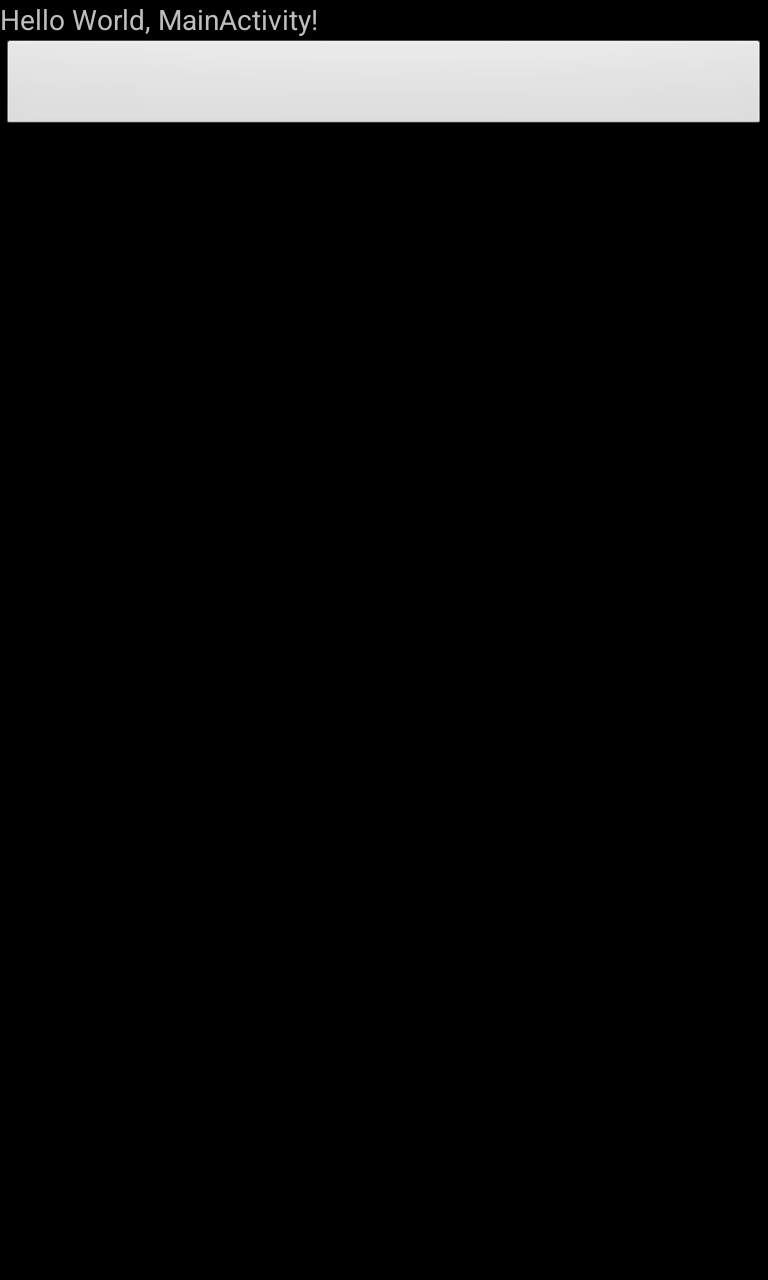
Repository: fangbao/Google_Android
Layout: Android_space2/Activity_02/res/layout/main.xml
The author's editor kept a copy of each file at every save. The layout is drawn from the files as they stood at one save, then again after the next save.
It is drawn on a 768 x 1280 px phone screen (xhdpi) without system bars, with theme android:Theme; the app's code is not run.

Above is the layout before, as saved 2011-12-29 16:15:18.

### Android_space2/Activity_02/res/layout/main.xml
<?xml version="1.0" encoding="utf-8"?>
<LinearLayout xmlns:android="http://schemas.android.com/apk/res/android"
    android:layout_width="fill_parent"
    android:layout_height="fill_parent"
    android:orientation="vertical" >

    <TextView
        android:layout_width="fill_parent"
        android:layout_height="wrap_content"
        android:text="@string/hello" />
	<Button
	    android:id="@+id/btn1"
	    android:layout_width="fill_parent"
        android:layout_height="wrap_content"
	    />
</LinearLayout>

### Android_space2/Activity_02/res/values/strings.xml
<?xml version="1.0" encoding="utf-8"?>
<resources>

    <string name="hello">Hello World, MainActivity!</string>
    <string name="app_name">Activity_02</string>

</resources>

After the next save:
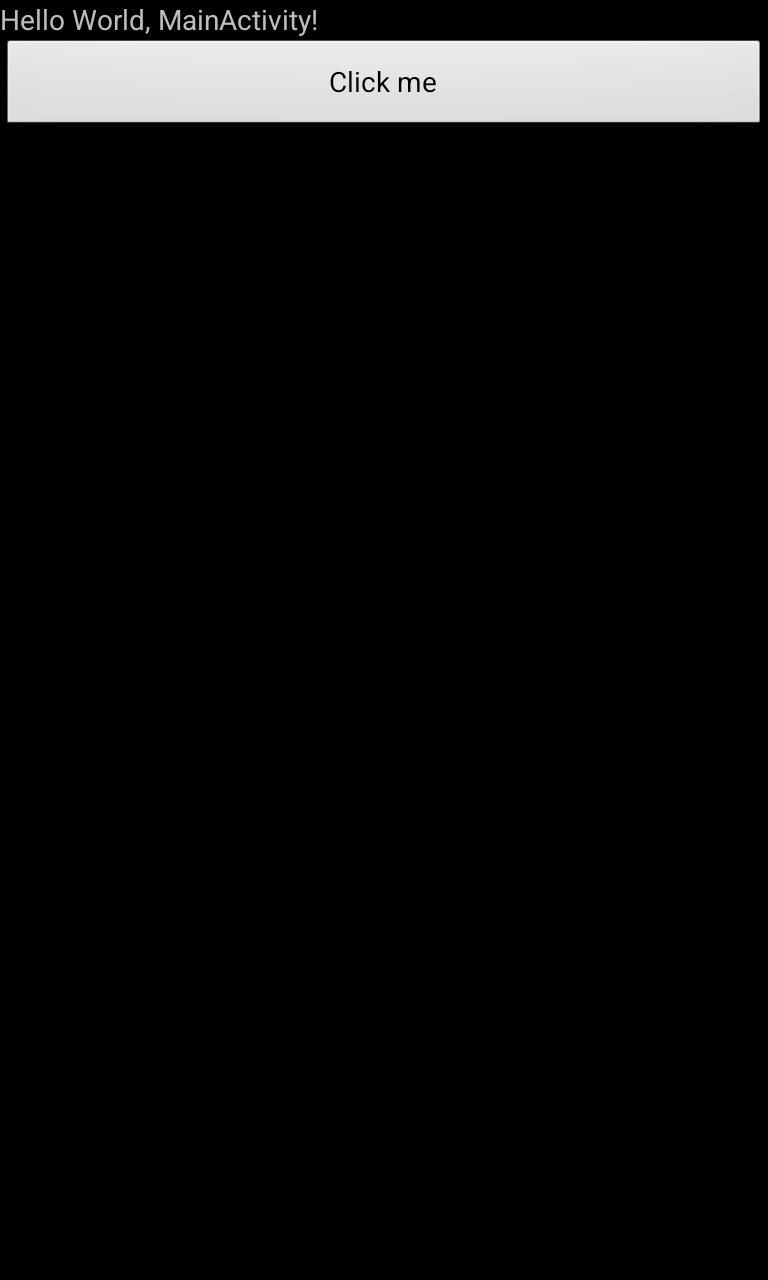
Saved 9 s later.
--- a/Android_space2/Activity_02/res/layout/main.xml
+++ b/Android_space2/Activity_02/res/layout/main.xml
@@ -12,5 +12,6 @@
 	    android:id="@+id/btn1"
 	    android:layout_width="fill_parent"
         android:layout_height="wrap_content"
+        android:text="Click me"
 	    />
 </LinearLayout>
